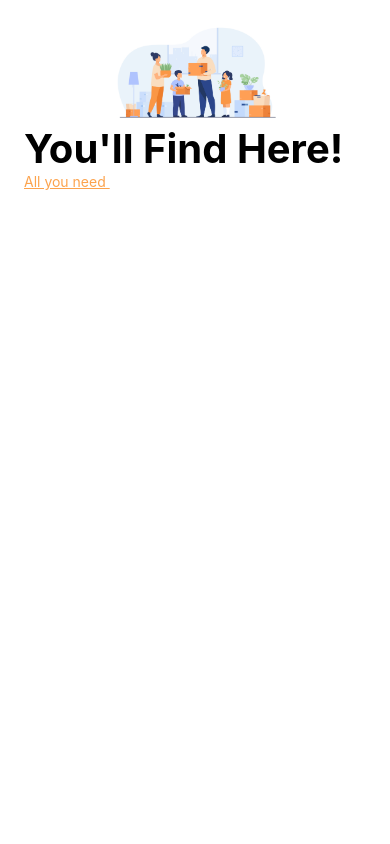
Repository: oscarMyerston/ProjectName
Screen: /
An editor plug-in stored every save of this project. The screen is shown before and after a run of saves, followed by the edit.
The app was drawn by React Native's web renderer in a window 390 px wide. The project was rebuilt for these pictures with package versions that can differ from the ones it lists, and the page was loaded fresh each time. Also part of the build but not shown: Chair.js, Table.js.

Above is the screen before, as saved 2024-06-02 19:54:14.

### App.js
/**
 * Sample React Native App
 * https://github.com/facebook/react-native
 *
 * @format
 * @flow strict-local
 */

import React, { useState } from 'react';
import {
  SafeAreaView,
} from 'react-native';
import { Chair as BlackChair} from './Chair';
import Table from "./Table"
import Splash from './src/screen/auth/Splash';

const App = ()  => {
  const [ theme, setTheme ] = useState('light')
  return (
    <SafeAreaView>
    <Splash/>
    </SafeAreaView>
  );
};

const styles = {
  themeHeader: {
    margin: 16,
    fontSize: 16,
    backgroundColor: 'yellow'
  }
}

// const styles = StyleSheet.create({
//   themeHeader: {
//     margin: 16,
//     fontSize: 16,
//     backgroundColor: 'yellow'
//   }
// })

export default App;

### src/screen/auth/Splash/index.js
import React from "react";
import { Text, Image, View } from "react-native"
import { styles } from './styles'

const Splash = () => {
  return [
    <View style={styles.container}>
      <Image
        resizeMode="contain"
        style={styles.image}
        source={require('../../../assets/splash_image.png')}
      />
      <Text style={styles.title}>You'll Find Here!</Text>
      <Text style={styles.innetTitle} >All you need </Text>
    </View>,
  ];

}

export default Splash

### src/screen/auth/Splash/styles.js
import { StyleSheet } from "react-native"

export const styles = StyleSheet.create({
  container: {
    padding: 24,
  },
  image: {
    width: '100%',
    height: 100,
  },
  title: {
    fontSize: 40,
    fontWeight: 'bold'
  },
  innetTitle: {
    color: '#FCA34D',
    textDecorationLine: 'underline'
  }
})

After the next 3 saves:
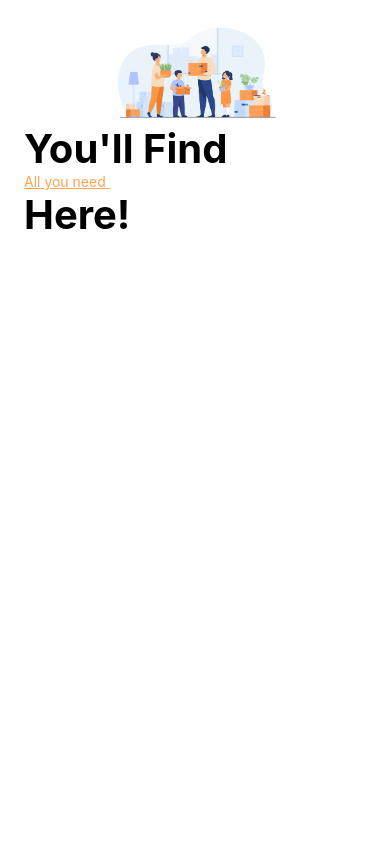
The 3 saves are shown as one change because they came seconds apart.
The last was saved 10 s later.
--- a/src/screen/auth/Splash/index.js
+++ b/src/screen/auth/Splash/index.js
@@ -10,8 +10,10 @@ const Splash = () => {
         style={styles.image}
         source={require('../../../assets/splash_image.png')}
       />
-      <Text style={styles.title}>You'll Find Here!</Text>
+      <Text style={styles.title}>You'll Find</Text>
       <Text style={styles.innetTitle} >All you need </Text>
+      <Text style={styles.title}>Here!</Text>
+
     </View>,
   ];
 
